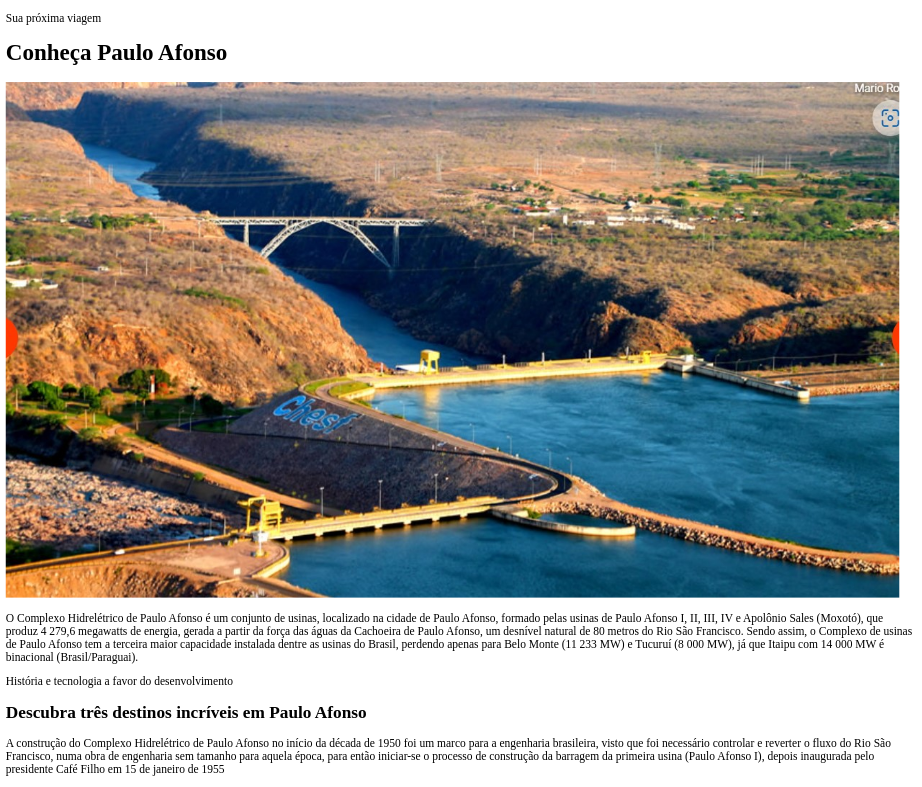
Repository: JeffRodFer/testeGitXGithub
Page: index.html
These files come from the project's save history. The page is drawn as it stood at one moment and after the next save; the edit follows.
The browser window is 1280 px wide. The pictures show the whole page, at 72% of full size.

Above is the page before, as saved 2025-03-15 18:19:07.

After the next save:
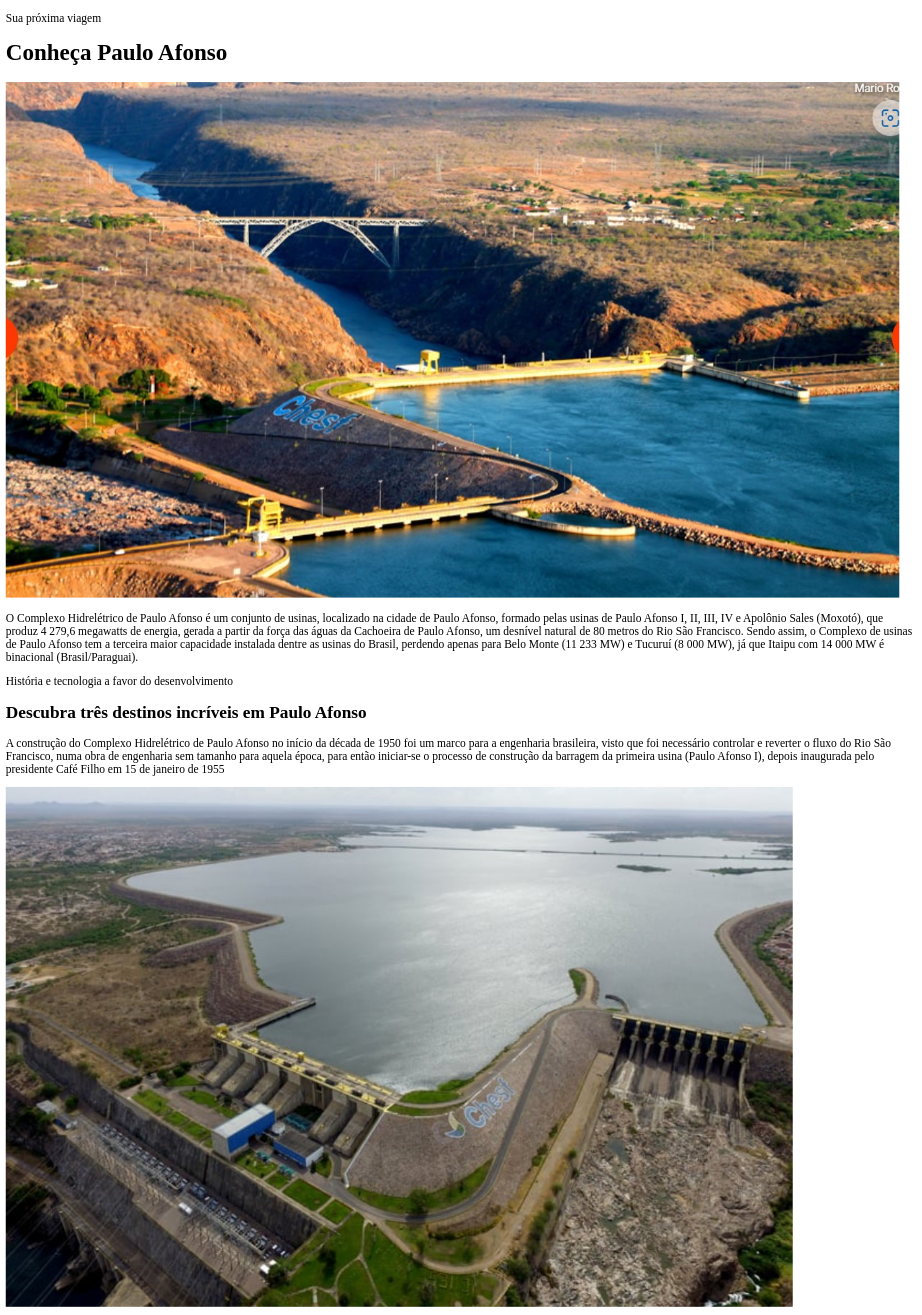
Saved 74 s later.
--- a/index.html
+++ b/index.html
@@ -19,6 +19,7 @@
             <p>
                 A construção do Complexo Hidrelétrico de Paulo Afonso no início da década de 1950 foi um marco para a engenharia brasileira, visto que foi necessário controlar e reverter o fluxo do Rio São Francisco, numa obra de engenharia sem tamanho para aquela época, para então iniciar-se o processo de construção da barragem da primeira usina (Paulo Afonso I), depois inaugurada pelo presidente Café Filho em 15 de janeiro de 1955
             </p>
+            <img src="assets/hidroele.jpg" alt="hidroelêtrica">
         </section>
     </div>
 </body>
